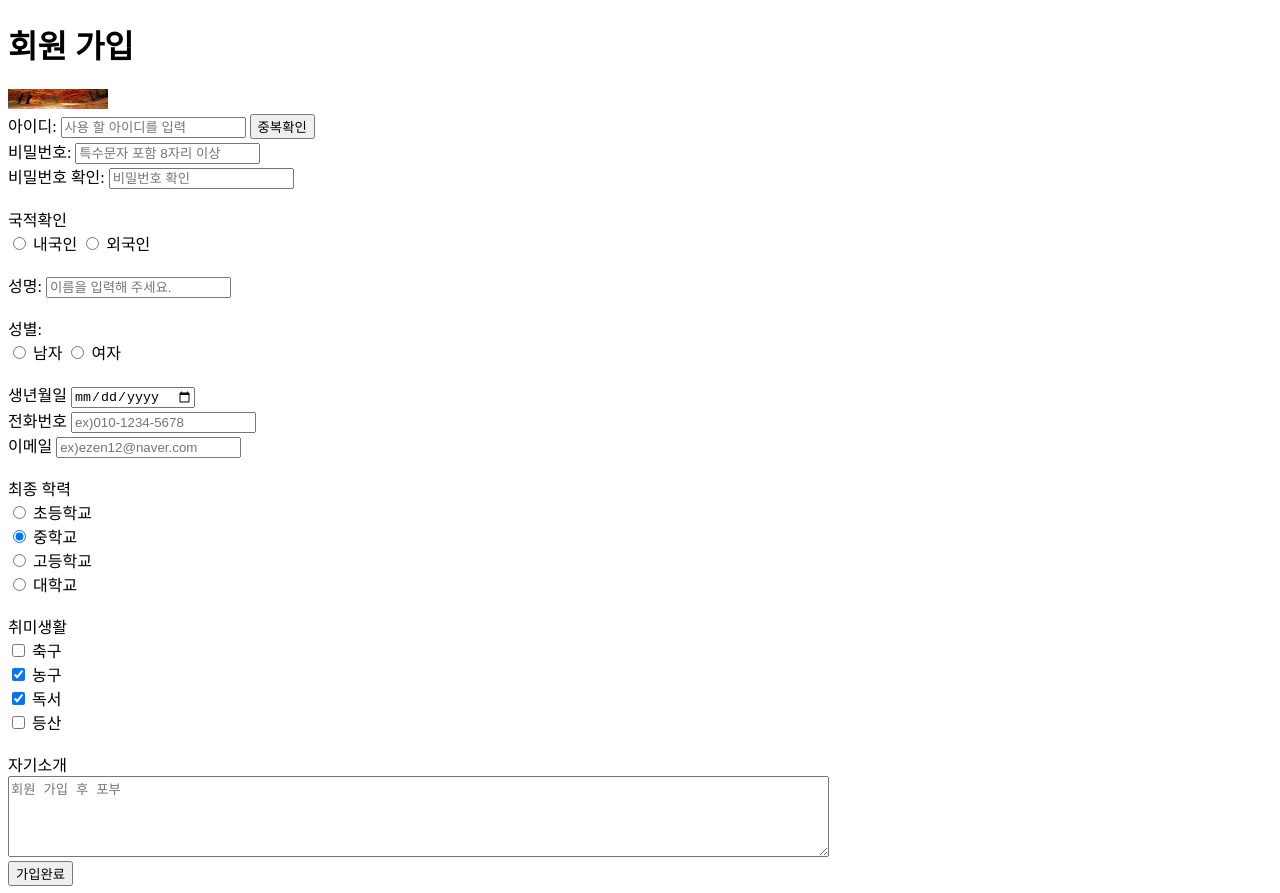
Repository: Chojaejun/javastudy
Page: HelloWorld/WebContent/Test5.html
An editor plug-in stored every save of this project. The page is shown before and after the next save, followed by the edit.
The browser window is 1280 px wide. The pictures show the whole page.

Above is the page before, as saved 2020-12-07 03:59:18.

### HelloWorld/WebContent/Test5.html
<!DOCTYPE html>
<html>
<head>
<meta charset="UTF-8">
<title>회원가입 페이지</title>
</head>
<body>
<h1>회원 가입</h1>
<img alt="4k 이미지" src="test.jpg" width="100" height="20">
<form action="Test6.html" method="post">
<label for="id">아이디: </label>
<input id="id" name="id" placeholder="사용 할 아이디를 입력">
<button> 중복확인</button>
<br>
<label for="ps1">비밀번호: </label>
<input id="ps1" type="password" name="ps1" placeholder="특수문자 포함 8자리 이상">
<br>
<label for="ps2">비밀번호 확인: </label>
<input id="ps2" type="password" name="ps2" placeholder="비밀번호 확인">
<br>
<br>
<label>국적확인</label>
<br>
<input id="kor" type="radio" name="kor" value="kor">
<label for="kor">내국인</label>
<input id="uss" type="radio" name="kor" value="uss">
<label for="uss">외국인</label>
<br>
<br>
<label for="name">성명: </label>
<input id="name" name="name" placeholder="이름을 입력해 주세요.">
<br>
<br>
<label>성별: </label>
<br>
<input id="men" type="radio" name="gen" value="men">
<label for="men">남자</label>
<input id="women" type="radio" name="gen" value="women">
<label for="women">여자</label>
<br>
<br>
<label for="birth">생년월일</label>
<input id="birth" type="date" name="birth">
<br>
<label for="tel">전화번호</label>
<input id="tel" type="tel" name="tel" placeholder="ex)010-1234-5678">
<br>
<label for="email">이메일</label>
<input id="email" type="email" name="email" placeholder="ex)ezen12@naver.com">
<br>
<br>
<label>최종 학력</label>
<br>
<input id="es" type="radio" name="school" value="es">
<label for="es">초등학교</label>
<br>
<input id="ms" type="radio" name="school" value="ms" checked>
<label for="ms">중학교</label>
<br>
<input id="hs" type="radio" name="school" value="hs">
<label for="hs">고등학교</label>
<br>
<input id="us" type="radio" name="school" value="us">
<label for="us">대학교</label>
<br>
<br>
<label>취미생활</label>
<br>
<input id="so" type="checkbox" name="hobby" value="soccer">
<label for="so">축구</label>
<br>
<input id="ba" type="checkbox" name="hobby" value="basketball" checked>
<label for="ba">농구</label>
<br>
<input id="re" type="checkbox" name="hobby" value="read" checked>
<label for="re">독서</label>
<br>
<input id="cl" type="checkbox" name="hobby" value="climb">
<label for="cl">등산</label>
<br>
<br>
<label>자기소개</label>
<br>
<textarea rows="5" cols="100" name="myint" placeholder="회원 가입 후 포부"></textarea>




<br>
<input type="submit" value="가입완료">







</form>

</body>
</html>

After the next save:
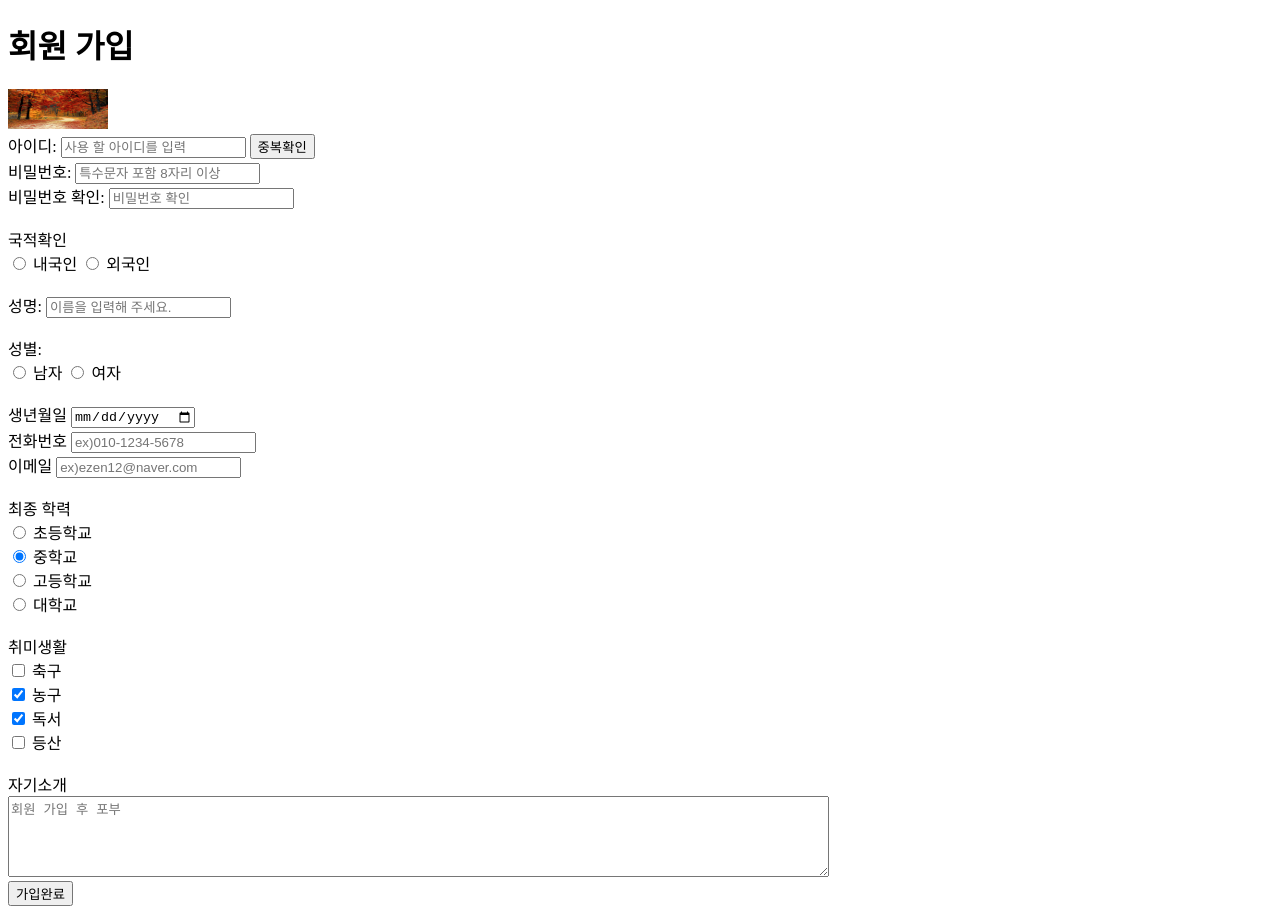
Saved 20 s later.
--- a/HelloWorld/WebContent/Test5.html
+++ b/HelloWorld/WebContent/Test5.html
@@ -6,7 +6,7 @@
 </head>
 <body>
 <h1>회원 가입</h1>
-<img alt="4k 이미지" src="test.jpg" width="100" height="20">
+<img alt="4k 이미지" src="test.jpg" width="100" height="40">
 <form action="Test6.html" method="post">
 <label for="id">아이디: </label>
 <input id="id" name="id" placeholder="사용 할 아이디를 입력">
